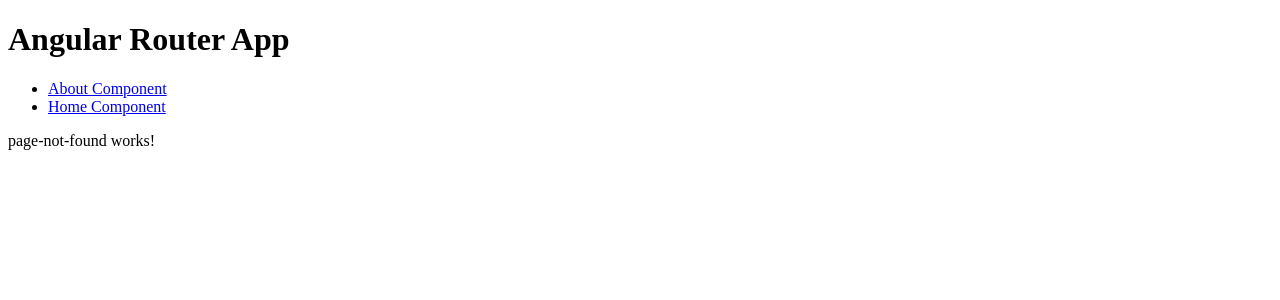
Repository: PhamTrungNguyen/Angular12
Page: /reactive (app in Angular/)
The author's editor kept a copy of each file at every save. The page is drawn from the files as they stood at one save, then again after the next save.
The browser window is 1280 px wide. The pictures show the whole page.
The project was rebuilt for these pictures with package versions that can differ from the ones it lists, and the page was loaded fresh each time. Also part of the build but not shown: Angular/angular.json, Angular/src/app/template-driven-form/template-driven-form.component.ts, Angular/src/app/home/home.component.ts, Angular/src/app/Service/home.service.ts, Angular/src/app/about/about.component.ts.

Above is the page before, as saved 2023-01-03 21:47:19.

### Angular/src/app/app.module.ts
import { NgModule } from '@angular/core';
import { BrowserModule } from '@angular/platform-browser';

import { AppRoutingModule } from './app-routing.module';
import { AppComponent } from './app.component';
import { HomeComponent } from './home/home.component';
import { AboutComponent } from './about/about.component';
import { FormsModule } from '@angular/forms';
@NgModule({
  declarations: [AppComponent, HomeComponent, AboutComponent],
  imports: [BrowserModule, AppRoutingModule, FormsModule],
  providers: [],
  bootstrap: [AppComponent],
})
export class AppModule {}

### Angular/src/app/app-routing.module.ts
import { TemplateDrivenFormComponent } from './template-driven-form/template-driven-form.component';
import { HomeComponent } from './home/home.component';
import { AboutComponent } from './about/about.component';
import { PageNotFoundComponent } from './page-not-found/page-not-found.component';
import { NgModule } from '@angular/core';
import { RouterModule, Routes } from '@angular/router';

const routes: Routes = [
  { path: 'about', component: AboutComponent },
  { path: 'home', component: HomeComponent },
  { path: 'form', component: TemplateDrivenFormComponent },
  { path: '', component: HomeComponent },
  { path: '**', component: PageNotFoundComponent },
];

@NgModule({
  imports: [RouterModule.forRoot(routes)],
  exports: [RouterModule],
})
export class AppRoutingModule {}

### Angular/src/app/app.component.html
<h1>Angular Router App</h1>
<!-- This nav gives you links to click, which tells the router which route to use (defined in the routes constant in  AppRoutingModule) -->
<nav>
    <ul>
        <li><a routerLink="/about" routerLinkActive="active" ariaCurrentWhenActive="page">About Component</a>
        </li>
        <li><a routerLink="/home" routerLinkActive="active" ariaCurrentWhenActive="page">Home
                Component</a></li>
    </ul>
</nav>
<!-- The routed views render in the <router-outlet>-->
<router-outlet></router-outlet>

Loaded but not shown: Angular/src/index.html (common file); Angular/src/styles.scss (common file); Angular/src/main.ts (common file); Angular/src/app/app.component.ts (common file); Angular/src/app/page-not-found/page-not-found.component.ts (common file); Angular/src/app/page-not-found/page-not-found.component.html (common file); Angular/src/app/app.component.scss (no stored copy; drawn as an empty file); Angular/src/app/page-not-found/page-not-found.component.scss (no stored copy; drawn as an empty file)

After the next save:
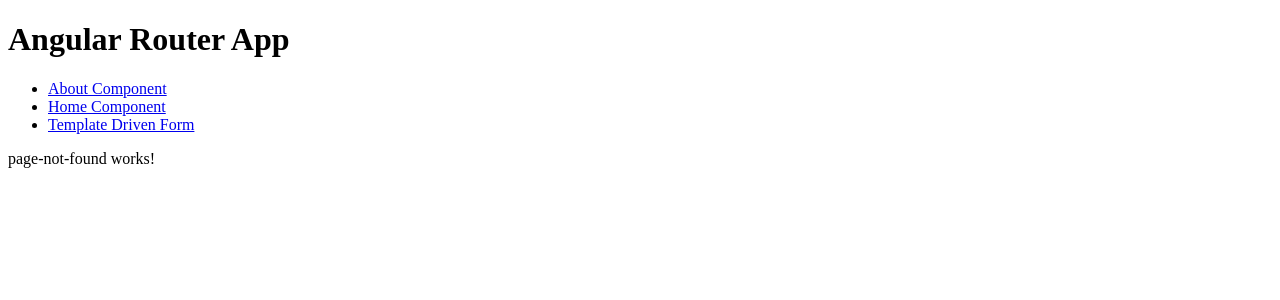
Saved 61 s later.
--- a/Angular/src/app/app.component.html
+++ b/Angular/src/app/app.component.html
@@ -2,10 +2,15 @@
 <!-- This nav gives you links to click, which tells the router which route to use (defined in the routes constant in  AppRoutingModule) -->
 <nav>
     <ul>
-        <li><a routerLink="/about" routerLinkActive="active" ariaCurrentWhenActive="page">About Component</a>
+        <li>
+            <a routerLink="/about" routerLinkActive="active" ariaCurrentWhenActive="page">About Component</a>
         </li>
-        <li><a routerLink="/home" routerLinkActive="active" ariaCurrentWhenActive="page">Home
-                Component</a></li>
+        <li>
+            <a routerLink="/home" routerLinkActive="active" ariaCurrentWhenActive="page">Home Component</a>
+        </li>
+        <li>
+            <a routerLink="/form" routerLinkActive="active" ariaCurrentWhenActive="page">Template Driven Form</a>
+        </li>
     </ul>
 </nav>
 <!-- The routed views render in the <router-outlet>-->
